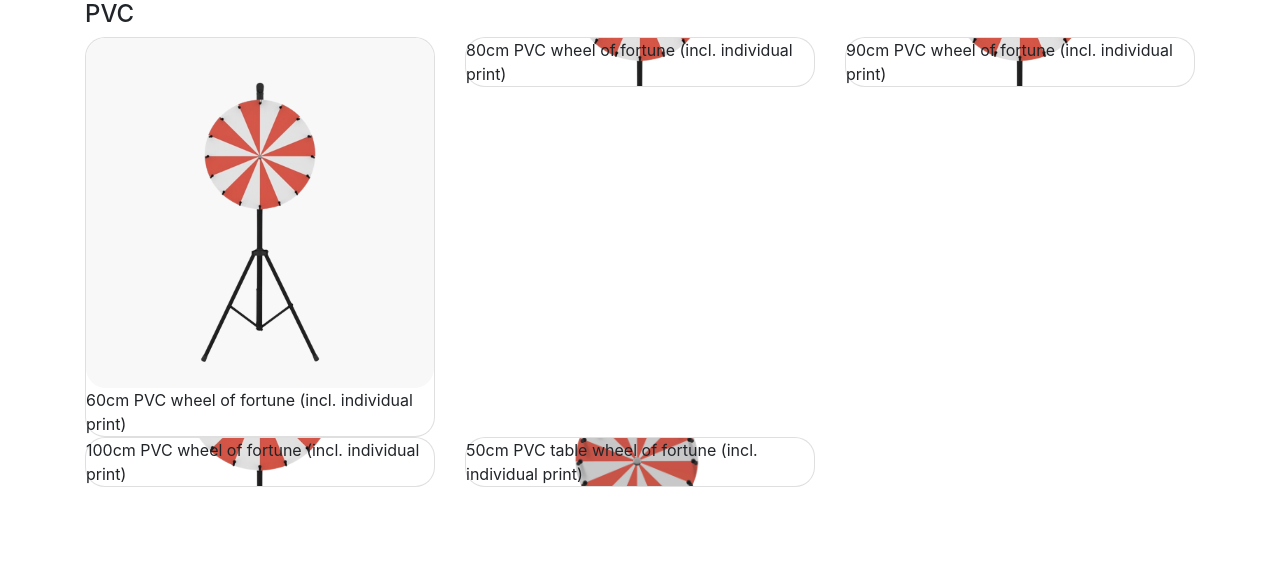
Repository: Awaisp-irfan/fahad-project
Page: pvc.html
The author's editor kept a copy of each file at every save. The page is drawn from the files as they stood at one save, then again after the next save.
The browser window is 1280 px wide. The pictures show the whole page.

Above is the page before, as saved 2022-06-30 09:01:19.

### pvc.html
<!DOCTYPE html>
<html lang="en">
<head>
    <meta charset="UTF-8">
    <meta http-equiv="X-UA-Compatible" content="IE=edge">
    <meta name="viewport" content="width=device-width, initial-scale=1.0">
    <link
    rel="stylesheet"
    href="https://cdn.jsdelivr.net/npm/bootstrap@4.6.1/dist/css/bootstrap.min.css"
    integrity="sha384-zCbKRCUGaJDkqS1kPbPd7TveP5iyJE0EjAuZQTgFLD2ylzuqKfdKlfG/eSrtxUkn"
    crossorigin="anonymous"
  />

  <link rel="stylesheet" href="./style.css" />
    <title>Document</title>
</head>
<body>
    <div class="container">
        <div class="row">
            <div class="col-lg-12">
                <h4 class="heading">PVC</h4>
            </div>
        </div>

        <div class="row">
            <div class="col-lg-4">
                <div class="card ">
                    <div class="img-div">
                        <div class="cm60-img">

                        </div>
                    </div>
                    <div class="cm60-content">
                        60cm PVC wheel of fortune (incl. individual print)
                    </div>
                </div>
            </div>
            <div class="col-lg-4">
                <div class="card img-div">
                    <div class="cm80">80cm PVC wheel of fortune (incl. individual print)</div>
                </div>
            </div>
            <div class="col-lg-4">
                <div class="card img-div">
                    <div class="cm90">90cm PVC wheel of fortune (incl. individual print)</div>
                </div>
            </div>
            <div class="col-lg-4">
                <div class="card img-div">
                    <div class="cm100">100cm PVC wheel of fortune (incl. individual print)</div>
                </div>
            </div>
            <div class="col-lg-4">
                <div class="card img-div">
                    <div class="cm50">50cm PVC table wheel of fortune (incl. individual print)</div>
                </div>
            </div>
        </div>
    </div>
</body>
</html>

### style.css
.pvc{
    background-image: url(./assests/2289977149.jpg);
    background-size: cover;
    background-position: center;
    background-repeat: no-repeat;
    height: 100%;
    border-radius: 20px;
}

.col-lg-4>a > .img-div{
    height: 400px;
    border-radius: 20px;
}
.card{
    border-radius: 20px;
}
.card>.img-div{
    height: 350px;
    border-radius: 20px;
    background-color: rgb(248, 248, 248);
}
.wooden{
    background-image: url(./assests/wooden.jpg);
    background-size: cover;
    background-position: center;
    background-repeat: no-repeat;
    height: 100%;
    border-radius: 20px;
}

.display{
    background-image: url(./assests/display.jpg);
    background-size: cover;
    background-position: center;
    background-repeat: no-repeat;
    height: 100%;
    border-radius: 20px;
}
.cm60-img{
    background: url(./assests/60cm_PVC-removebg-preview.png);

    background-size: cover;
    background-position: center;
    background-repeat: no-repeat;
    height: 100%;
    border-radius: 20px;
}

.cm80{
    background: url(./assests/80cm_PVC-removebg-preview.png);

    background-size: cover;
    background-position: center;
    background-repeat: no-repeat;
    height: 100%;
    border-radius: 20px;
}

.cm90{
    background: url(./assests/90cm_PVC-removebg-preview.png);

    background-size: cover;
    background-position: center;
    background-repeat: no-repeat;
    height: 100%;
    border-radius: 20px;
}
.cm100{
    background: url(./assests/100cm_PVC-removebg-preview.png);

    background-size: cover;
    background-position: center;
    background-repeat: no-repeat;
    height: 100%;
    border-radius: 20px;
}

.cm50{
    background: url(./assests//50cm\ PVC.png);

    background-size: cover;
    background-position: center;
    background-repeat: no-repeat;
    height: 100%;
    border-radius: 20px;
}

After the next save:
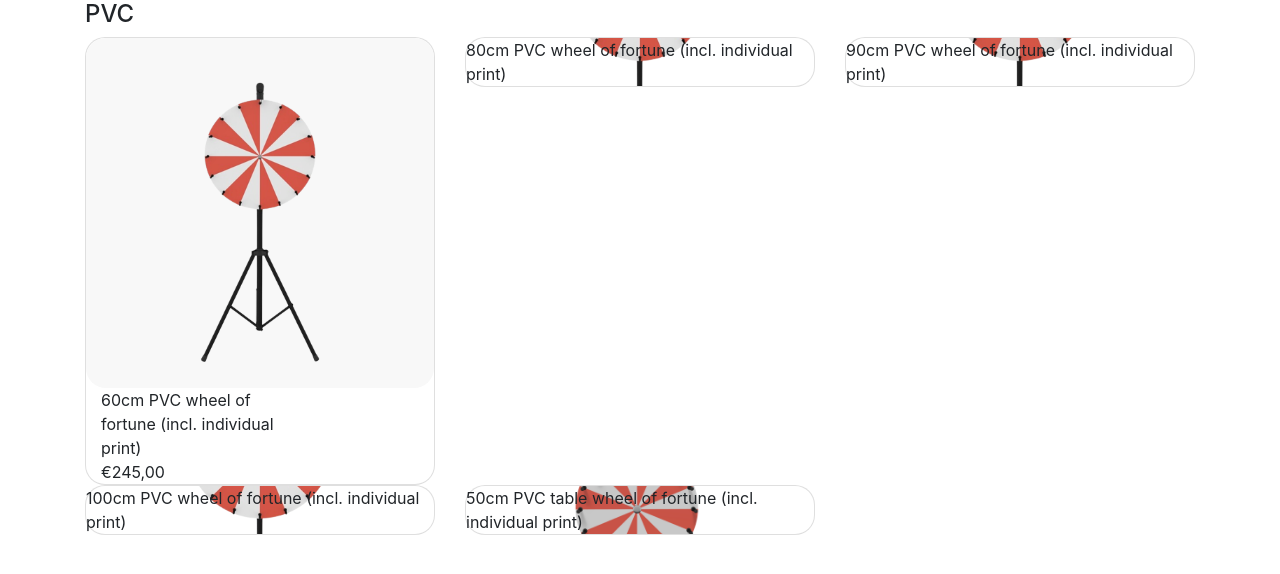
Saved 4 min 38 s later.
--- a/pvc.html
+++ b/pvc.html
@@ -31,7 +31,8 @@
                         </div>
                     </div>
                     <div class="cm60-content">
-                        60cm PVC wheel of fortune (incl. individual print)
+                        <div class="col-lg-8">60cm PVC wheel of fortune (incl. individual print)</div>
+                         <div class="col-lg-4">€245,00</div>
                     </div>
                 </div>
             </div>
